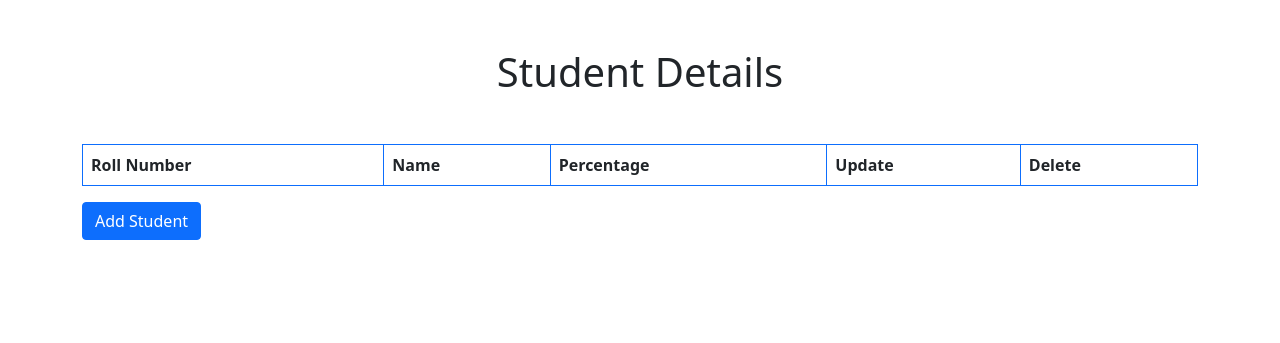
Repository: valletivarish/monojsp
Page: http://localhost/10-student-mvc-db/student
These files come from the project's save history. The page is drawn as it stood at one moment and after the next save; the edit follows.
The browser window is 1280 px wide. The pictures show the whole page.
The page is served by Tomcat 9. Queries for data that is not in the repository find no rows.

Above is the page before, as saved 2024-07-18 06:06:45.

After the next save:
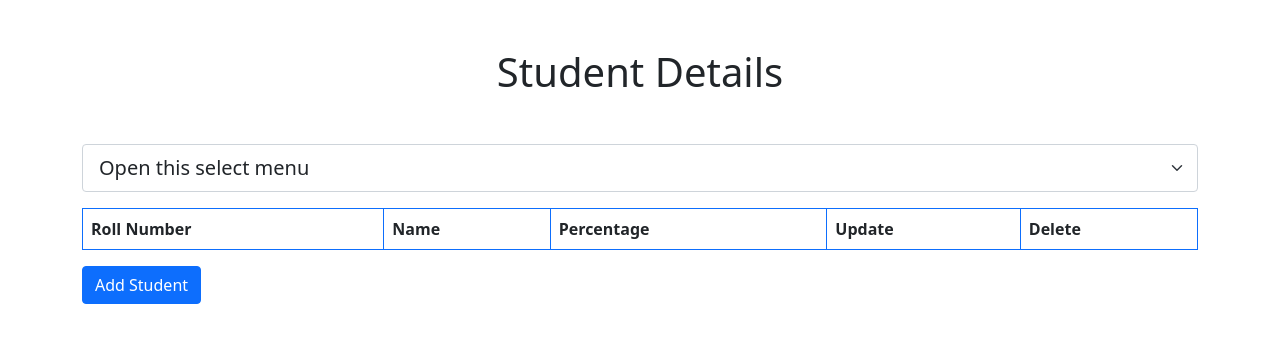
Saved 40 min 17 s later.
--- a/10-student-mvc-db/WebContent/list-of-students.jsp
+++ b/10-student-mvc-db/WebContent/list-of-students.jsp
@@ -20,6 +20,13 @@
 <body>
 	<div class="container-lg my-5">
 		<h1 class="text-center my-5">Student Details</h1>
+		<select class="form-select form-select-lg mb-3"
+			aria-label=".form-select-lg example">
+			<option selected>Open this select menu</option>
+			<option value="id">Id</option>
+			<option value="name">Name</option>
+			<option value="percentage">Percentage</option>
+		</select>
 		<table class="table table-hover table-bordered border-primary">
 			<thead>
 				<tr>
@@ -43,6 +50,7 @@
 			</tbody>
 		</table>
 		<a href="add-student.jsp" class="btn btn-primary">Add Student</a>
+
 	</div>
 </body>
 </html>
